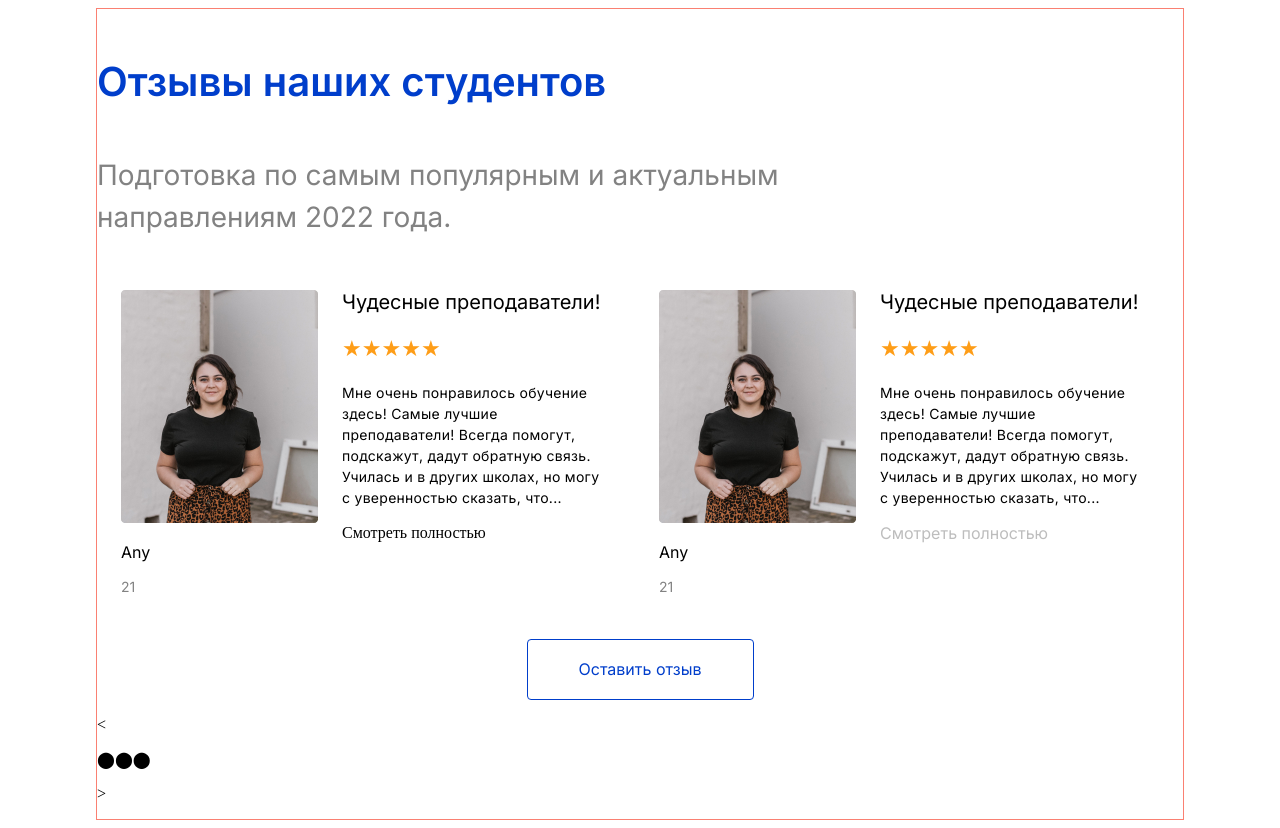
Repository: Malvuna/Studi
Page: index.html
An editor plug-in stored every save of this project. The page is shown before and after the next save, followed by the edit.
The browser window is 1280 px wide. The pictures show the whole page.

Above is the page before, as saved 2022-07-11 17:57:39.

After the next save:
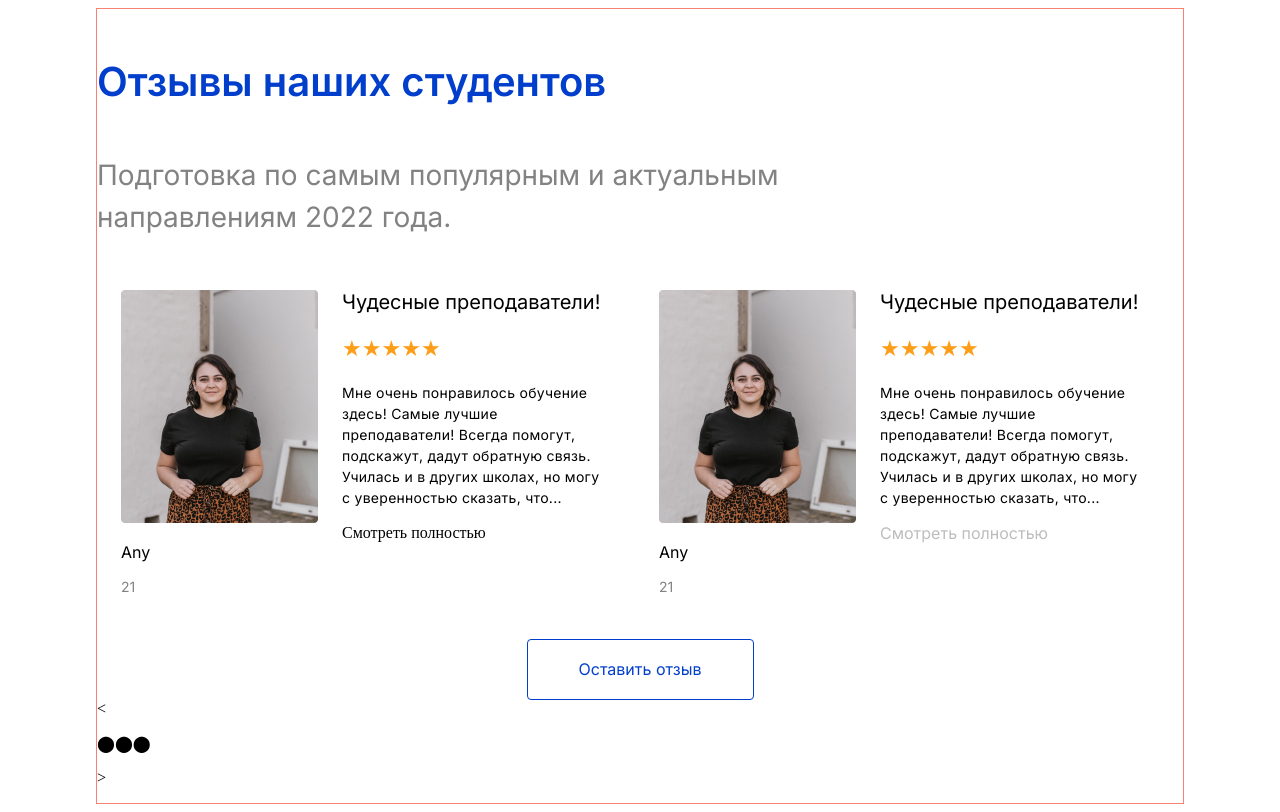
Saved 9 s later.
--- a/javascript/javascript.js
+++ b/javascript/javascript.js
@@ -64,7 +64,7 @@ let divNavigator = document.querySelector("#navigator");
 textAll.className = "navigator";
 container.append(divNavigator);
 
-let leftArrow = document.createElement("p");
+let leftArrow = document.createElement("div");
 leftArrow.innerHTML = "<";
 divNavigator.append(leftArrow);
 
